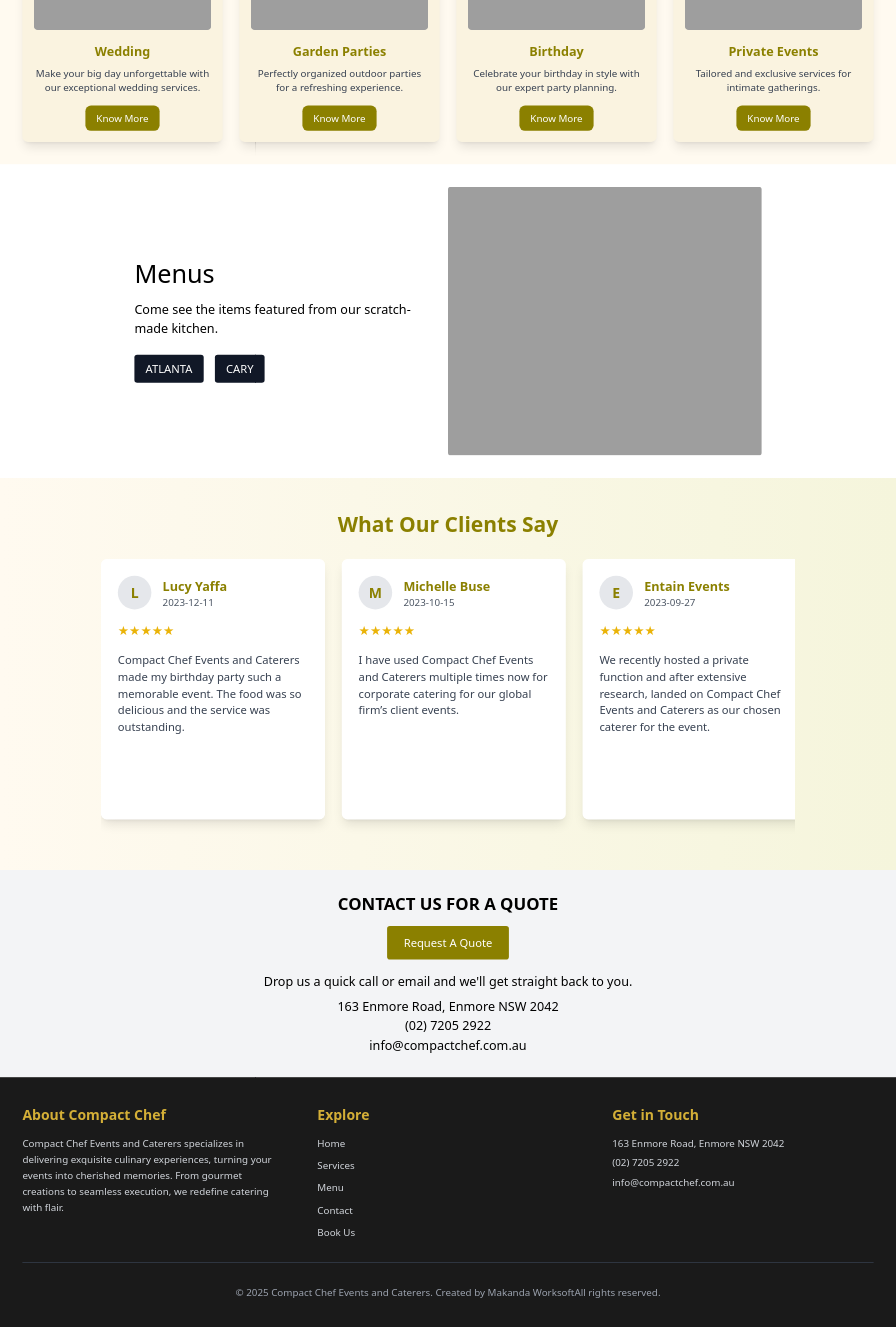
Repository: makanda596/compactchef
Page: /
An editor plug-in stored every save of this project. The page is shown before and after the next save, followed by the edit.
The browser window is 1280 px wide. The pictures show the part of the page from y = 2057 to 3977 px (the page is 3953 px tall before and 3977 px after), at 70% of full size.
Pictures or frames that could not be fetched are drawn as grey boxes. The project was rebuilt for these pictures with package versions that can differ from the ones it lists, and the page was loaded fresh each time. Also part of the build but not shown: src/pages/Services.jsx, src/pages/Menu.jsx, src/pages/Contact.jsx, src/pages/Book.jsx.

Above is the page before, as saved 2025-01-08 15:29:51.

### public/index.html
<!DOCTYPE html>
<html lang="en">
  <head>
    <meta charset="utf-8" />
    <link rel="icon" href="./logo.jpg" />
    <meta name="viewport" content="width=device-width, initial-scale=1" />

    <link rel="apple-touch-icon" href="./logo.jpg" />


    <title>CompactChef Events</title>
  </head>
  <body>
    <div id="root"></div>
  </body>
</html>

### src/pages/Home.jsx
import React from 'react'
import Hero from '../components/Hero.jsx'
import Client from '../components/Client.jsx'
import About from '../components/About.jsx'
import Reviews from '../components/Reviews.jsx'
import Footer from '../components/Footer.jsx'
import Navbar from '../components/Navbar.jsx'
function Home() {
    return (
        <div>
            <Navbar />
            <Hero />
            <Client />
            <About />
            <Footer />
        </div>
    )
}

export default Home

### src/components/Navbar.jsx
import React, { useState } from "react";
import logo from '../assets/logo.jpg'
const Navbar = () => {
    const [isOpen, setIsOpen] = useState(false);

    return (
        <nav className="bg-gold shadow-lg fixed top-0 z-50 w-full">
            <div className="container mx-auto px-4 flex justify-between items-center h-16">

                <div className="text-white font-bold text-2xl flex space-x-4">
                    <img src={logo} alt="" className="w-10 rounded-lg object-cover" />
                    <p>Compact Chefs</p></div>

                <div className="lg:hidden">
                    <button
                        onClick={() => setIsOpen(!isOpen)}
                        className="text-white focus:outline-none"
                    >
                        <svg
                            className="w-6 h-6"
                            xmlns="http://www.w3.org/2000/svg"
                            fill="none"
                            viewBox="0 0 24 24"
                            stroke="currentColor"
                        >
                            {isOpen ? (
                                <path
                                    strokeLinecap="round"
                                    strokeLinejoin="round"
                                    strokeWidth="2"
                                    d="M6 18L18 6M6 6l12 12"
                                />
                            ) : (
                                <path
                                    strokeLinecap="round"
                                    strokeLinejoin="round"
                                    strokeWidth="2"
                                    d="M4 6h16M4 12h16M4 18h16"
                                />
                            )}
                        </svg>
                    </button>
                </div>

                {/* Links for Desktop */}
                <div className="hidden lg:flex space-x-6">
                    <a href="/" className="text-white hover:underline">
                        Home
                    </a>
                    <a href="services" className="text-white hover:underline">
                        Services
                    </a>
                    <a href="menu" className="text-white hover:underline">
                        Menu
                    </a>
                    <a href="contact" className="text-white hover:underline">
                        Contact
                    </a>
                    <a href="book" className="text-white hover:underline">
                        Book Us
                    </a>
                </div>
            </div>

            {/* Mobile Menu */}
            {isOpen && (
                <div className="lg:hidden bg-orange-400">
                    <a
                        href="/"
                        className="block py-2 px-4 text-white hover:bg-orange-300"
                    >
                        Home
                    </a>
                    <a
                        href="services"
                        className="block py-2 px-4 text-white hover:bg-orange-300"
                    >
                        Services
                    </a>
                    <a
                        href="menu"
                        className="block py-2 px-4 text-white hover:bg-orange-300"
                    >
                        Menu
                    </a>
                    <a
                        href="contact"
                        className="block py-2 px-4 text-white hover:bg-orange-300"
                    >
                        Contact
                    </a>
                    <a
                        href="book"
                        className="block py-2 px-4 text-white hover:bg-orange-300"
                    >
                        Book Us
                    </a>
                </div>
            )}
        </nav>
    );
};

export default Navbar;

### src/components/Hero.jsx
import React from 'react';
import event from '../assets/event.jpg'
import { motion } from "framer-motion";
function Hero() {

    const herofiles = [
        {
            id: 1,
        },
        {
            id: 1,
            img: "https://res.cloudinary.com/db5pgr14l/image/upload/v1736261948/compactChef/jexwbm6cu6letodrhwga.jpg"
        },
        {
            id: 1,
            img: "https://res.cloudinary.com/db5pgr14l/image/upload/v1736261950/compactChef/pmne88kacyveovx5736t.jpg"
        },
        {
            id: 1,
        }
        ,
        {
            id: 1,
            img: event
        },
        {
            id: 1,
        },
        {
            id: 1,
        },


    ]

    return (

        <div className="grid md:grid-cols-2 gap-4 my-2 px-2 pt-20">
            <div className="relative flex flex-col h-screen">
                <img src="https://res.cloudinary.com/db5pgr14l/image/upload/v1736261950/compactChef/qpq1t8gpht4m4uktjvhd.jpg" alt="Hero" className="object-cover w-full h-full" />
                <div className="absolute top-0 left-0 w-full h-full bg-yellow-500 bg-opacity-20 flex flex-col justify-center items-center text-white p-8">
                    <h1 className="text-4xl font-bold text-center text-white">COMPACT CHEFS EVENTS AND CATERERS</h1>
                    <p className="mt-4 text-3xl text-center">Where your food speaks for your taste</p>
                    <button className="mt-6 bg-orange-500 px-6 py-2 rounded text-white-500 hover:bg-gray-700">BOOK WITH US</button>
                </div>
            </div>

            <div className="gap-4 p-12">
                <div className="grid grid-cols-4 gap-4 mb-4">
                    {herofiles.slice(0, 4).map((item, index) => (
                        <motion.img
                            src={item.img}
                            alt=""
                            key={index}
                            className="h-64 w-full rounded-lg object-cover"
                            initial={{ opacity: 0 }}  // Starts with 0 opacity
                            animate={{ opacity: 1 }}   // Fades in to 1 opacity
                            transition={{ duration: 0.8, delay: index * 0.2 }}  // Staggered fade-in
                        />
                    ))}
                </div>

                <div className="grid grid-cols-3 gap-4 mb-4">
                    {herofiles.slice(4, 7).map((item, index) => (
                        <motion.img
                            src={item.img}
                            alt=""
                            key={index}
                            className="h-64 w-full rounded-lg object-cover"
                            initial={{ opacity: 0 }}  // Starts with 0 opacity
                            animate={{ opacity: 1 }}   // Fades in to 1 opacity
                            transition={{ duration: 0.8, delay: index * 0.2 }}  // Staggered fade-in
                        />
                    ))}
                </div>
            </div>
            );

        </div>
    )
}
export default Hero;

### src/components/Client.jsx
import React from 'react'

import hero from '../assets/hero.jpg';
import event from '../assets/event.jpg'
import cake from '../assets/cake.jpg'
function Client() {
    const clients = [
        {
            id: 1,
            img: hero,
            name: 'organization'
        },
        {
            id: 1,
            img: cake,
            name: 'organization'

        },
        {
            id: 1,
            img: event,
            name: 'organization'

        },
        {
            id: 1,
            img: hero,
            name: 'organization'

        }
        ,
        {
            id: 1,
            img: event,
            name: 'organization'

        },
        {
            id: 1,
            img: hero,


        },
        {
            id: 1,
            img: hero
        },


    ]
    return (
        <div className="px-4 py-0">
            <div className="overflow-hidden">
                <div className="flex animate-slide  ">
                    {clients.map((client, index) => (
                        <div key={index} className=" flex-row  justify-items-center mx-2 ">
                            <img
                                src={client.img}
                                alt={client.name}
                                className="h-20 w-20 rounded-full object-cover"
                            />
                            <p className="ml-4 text-lg ">{client.name}</p>
                        </div>
                    ))}
                </div>
            </div>
        </div>

    )
}

export default Client

### src/components/Reviews.jsx
import React from 'react';

const reviews = [
    {
        name: "Lucy Yaffa",
        date: "2023-12-11",
        rating: "★★★★★",
        review: "Compact Chef Events and Caterers made my birthday party such a memorable event. The food was so delicious and the service was outstanding."
    },
    {
        name: "Michelle Buse",
        date: "2023-10-15",
        rating: "★★★★★",
        review: "I have used Compact Chef Events and Caterers multiple times now for corporate catering for our global firm’s client events. "
    },
    {
        name: "Entain Events",
        date: "2023-09-27",
        rating: "★★★★★",
        review: "We recently hosted a private function and after extensive research, landed on Compact Chef Events and Caterers as our chosen caterer for the event."
    },
    {
        name: "John Doe",
        date: "2023-08-21",
        rating: "★★★★★",
        review: "Fantastic experience with Compact Chef Events and Caterers! They provided an excellent selection of dishes for our wedding. "
    },
    {
        name: "Sarah Bell",
        date: "2023-07-14",
        rating: "★★★★★",
        review: "Compact Chef Events and Caterers’ catering service for our company retreat was top-notch! Everything from the food to the service was perfect. Florencia was a pleasure to work with, and she helped customize the menu to fit our needs.",
    },
    {
        name: "Chris Brown",
        date: "2023-05-30",
        rating: "★★★★★",
        review: "The team at Compact Chef Events and Caterers catered our charity event and exceeded all expectations. The food was divine and the service was impeccable. We truly appreciate their professionalism and would not hesitate to hire them for future events.",
    }
];

const Review = () => {
    return (
        <div className="bg-gradient-to-r from-[#fffaf0] to-[#f5f5dc] py-12">
            <div className="max-w-5xl mx-auto px-4">
                <h2 className="text-3xl font-bold text-center text-[#8b8000] mb-8">What Our Clients Say</h2>

                {/* Horizontal scrollable container */}
                <div className="flex space-x-6 overflow-x-auto pb-6">
                    {reviews.map((review, index) => (
                        <div
                            key={index}
                            className="bg-white p-6 rounded-lg shadow-lg hover:shadow-2xl transition-shadow duration-300 transform hover:scale-105 flex-shrink-0 w-80"
                        >
                            <div className="flex items-center space-x-4 mb-4">
                                <div className="w-12 h-12 bg-gray-200 rounded-full flex items-center justify-center text-xl font-bold text-[#8b8000]">
                                    {review.name[0]}
                                </div>
                                <div>
                                    <h3 className="text-lg font-semibold text-[#8b8000]">{review.name}</h3>
                                    <p className="text-sm text-gray-600">{review.date}</p>
                                </div>
                            </div>
                            <div className="flex items-center space-x-2 mb-4">
                                <p className="text-yellow-500 text-lg">{review.rating}</p>
                            </div>
                            <p className="mt-4 text-gray-700">{review.review}</p>
                        </div>
                    ))}
                </div>
            </div>
        </div>
    );
};

export default Review;

### src/components/Footer.jsx
import React from 'react';

const Footer = () => {
    return (
        <footer className="bg-[#1a1a1a] text-white py-10">
            <div className="max-w-7xl mx-auto px-6 sm:px-8">
                {/* Top Section */}
                <div className="grid grid-cols-1 md:grid-cols-3 gap-12">
                    {/* About Section */}
                    <div>
                        <h3 className="text-xl font-bold text-[#d4af37] mb-4">About Compact Chef</h3>
                        <p className="text-sm text-gray-300 leading-relaxed">
                            Compact Chef Events and Caterers specializes in delivering exquisite culinary experiences, turning your events into cherished memories. From gourmet creations to seamless execution, we redefine catering with flair.
                        </p>
                    </div>

                    {/* Navigation Links */}
                    <div>
                        <h3 className="text-xl font-bold text-[#d4af37] mb-4">Explore</h3>
                        <ul className="text-sm text-gray-300 space-y-3">
                            <li>
                                <a href="#home" className="hover:text-[#d4af37] transition-colors">Home</a>
                            </li>
                            <li>
                                <a href="#services" className="hover:text-[#d4af37] transition-colors">Services</a>
                            </li>
                            <li>
                                <a href="#menu" className="hover:text-[#d4af37] transition-colors">Menu</a>
                            </li>
                            <li>
                                <a href="#contact" className="hover:text-[#d4af37] transition-colors">Contact</a>
                            </li>
                            <li>
                                <a href="#book" className="hover:text-[#d4af37] transition-colors">Book Us</a>
                            </li>
                        </ul>
                    </div>

                    {/* Contact Section */}
                    <div>
                        <h3 className="text-xl font-bold text-[#d4af37] mb-4">Get in Touch</h3>
                        <ul className="text-sm text-gray-300 space-y-2">
                            <li>163 Enmore Road, Enmore NSW 2042</li>
                            <li>(02) 7205 2922</li>
                            <li>info@compactchef.com.au</li>
                        </ul>
                        <div className="flex space-x-4 mt-4">
                            <a href="#" aria-label="Facebook" className="text-[#d4af37] hover:opacity-80">
                                <i className="fab fa-facebook-f"></i>
                            </a>
                            <a href="#" aria-label="Instagram" className="text-[#d4af37] hover:opacity-80">
                                <i className="fab fa-instagram"></i>
                            </a>
                            <a href="#" aria-label="Twitter" className="text-[#d4af37] hover:opacity-80">
                                <i className="fab fa-twitter"></i>
                            </a>
                        </div>
                    </div>
                </div>

                {/* Divider */}
                <div className="border-t border-gray-700 my-8"></div>

                <div className="text-center">
                    <p className="text-sm text-gray-400">
                        &copy; {new Date().getFullYear()} Compact Chef Events and Caterers. Created by <a href="https://wa.me/+254742149060" target="_blank" rel="noopener noreferrer"> Makanda Worksoft</a>All rights reserved.
                    </p>
                </div>
            </div>
        </footer>
    );
};

export default Footer;

Loaded but not shown: src/index.js (common file); src/index.css (common file); src/reportWebVitals.js (common file); src/App.js (28 lines, source omitted); tailwind.config.js (25 lines, source omitted); src/components/About.jsx (206 lines, source omitted)

After the next save:
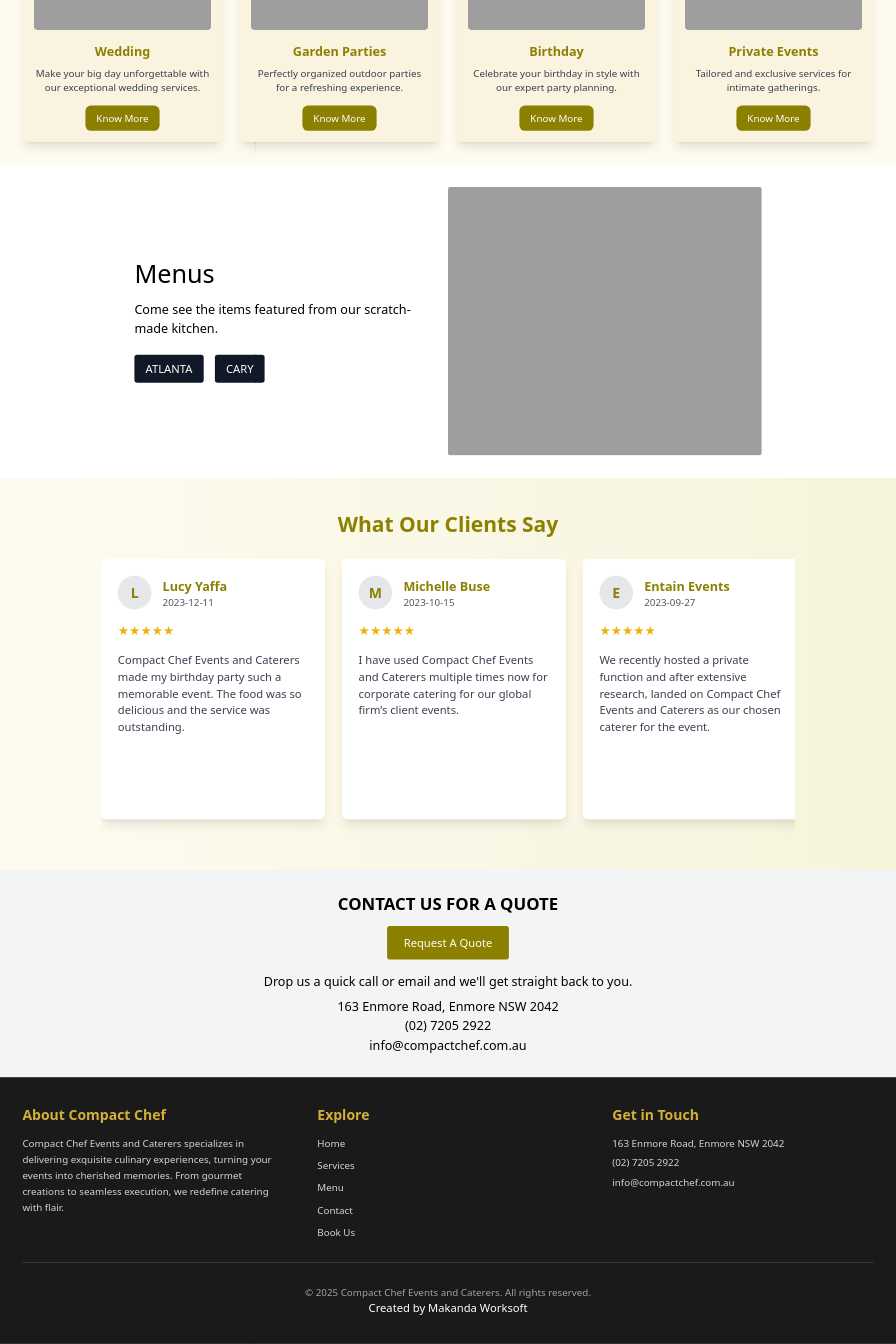
Saved 59 s later.
--- a/src/components/Footer.jsx
+++ b/src/components/Footer.jsx
@@ -63,8 +63,9 @@ const Footer = () => {
 
                 <div className="text-center">
                     <p className="text-sm text-gray-400">
-                        &copy; {new Date().getFullYear()} Compact Chef Events and Caterers. Created by <a href="https://wa.me/+254742149060" target="_blank" rel="noopener noreferrer"> Makanda Worksoft</a>All rights reserved.
+                        &copy; {new Date().getFullYear()} Compact Chef Events and Caterers. All rights reserved.
                     </p>
+                    Created by <a href="https://wa.me/+254742149060" target="_blank" rel="noopener noreferrer"> Makanda Worksoft</a>
                 </div>
             </div>
         </footer>
